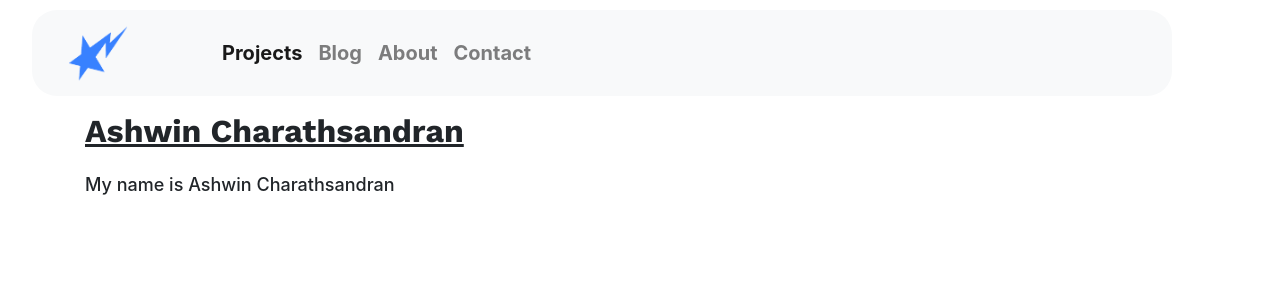
Repository: xxiz/ashwin.lol_flask
Page: http://localhost/
The author's editor kept a copy of each file at every save. The page is drawn from the files as they stood at one save, then again after the next save.
The browser window is 1280 px wide. The pictures show the whole page.
The page is served by the project's application, run on Flask 3 (app.py).

Above is the page before, as saved 2021-08-29 20:16:11.

After the next save:
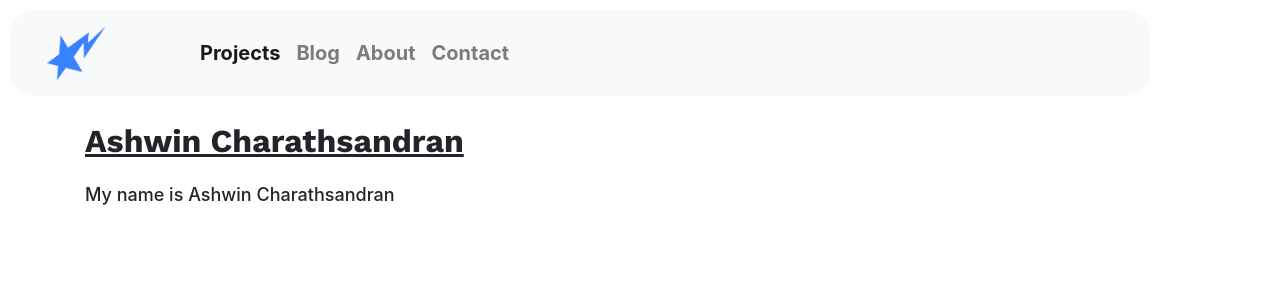
Saved 15 s later.
--- a/static/app.css
+++ b/static/app.css
@@ -56,7 +56,7 @@ nav a {
     font-weight: 700;
 }
 .one-em {
-    margin-left: 2em; margin-right: 2em;
+    margin: 10px;
 }
 
 
